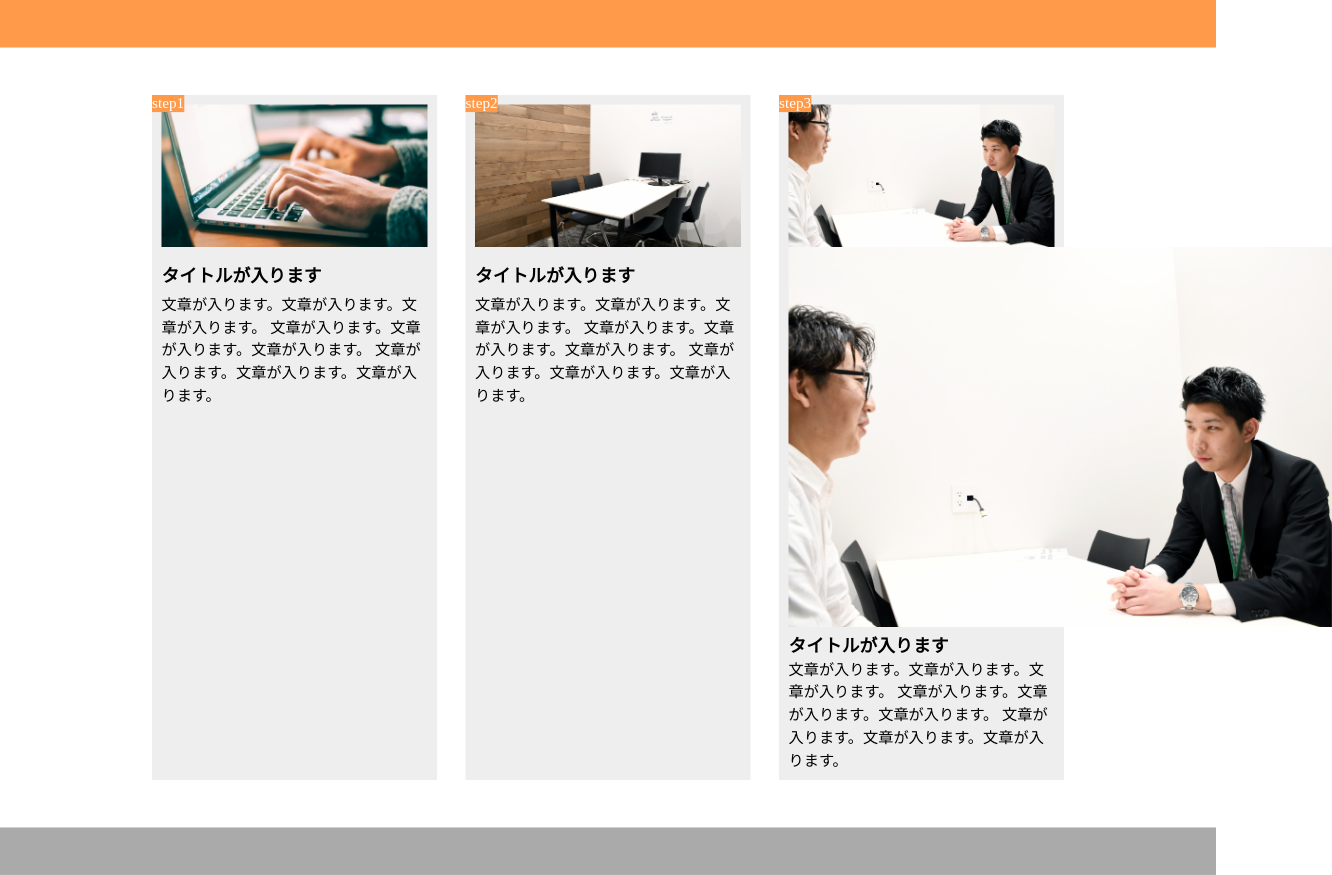
Repository: eyaonu/application2
Page: chapter9/answer9.html
The author's editor kept a record of every edit. The page is drawn from the files as they stood at one moment, then again after the next edit.
The browser window is 1280 px wide. The page is 1402 px wide, then 1280 px, so the pictures cover 1402 px, including what lies to the right of the window. The pictures show the whole page, at 95% of full size.

Above is the page before.

After the next edit:
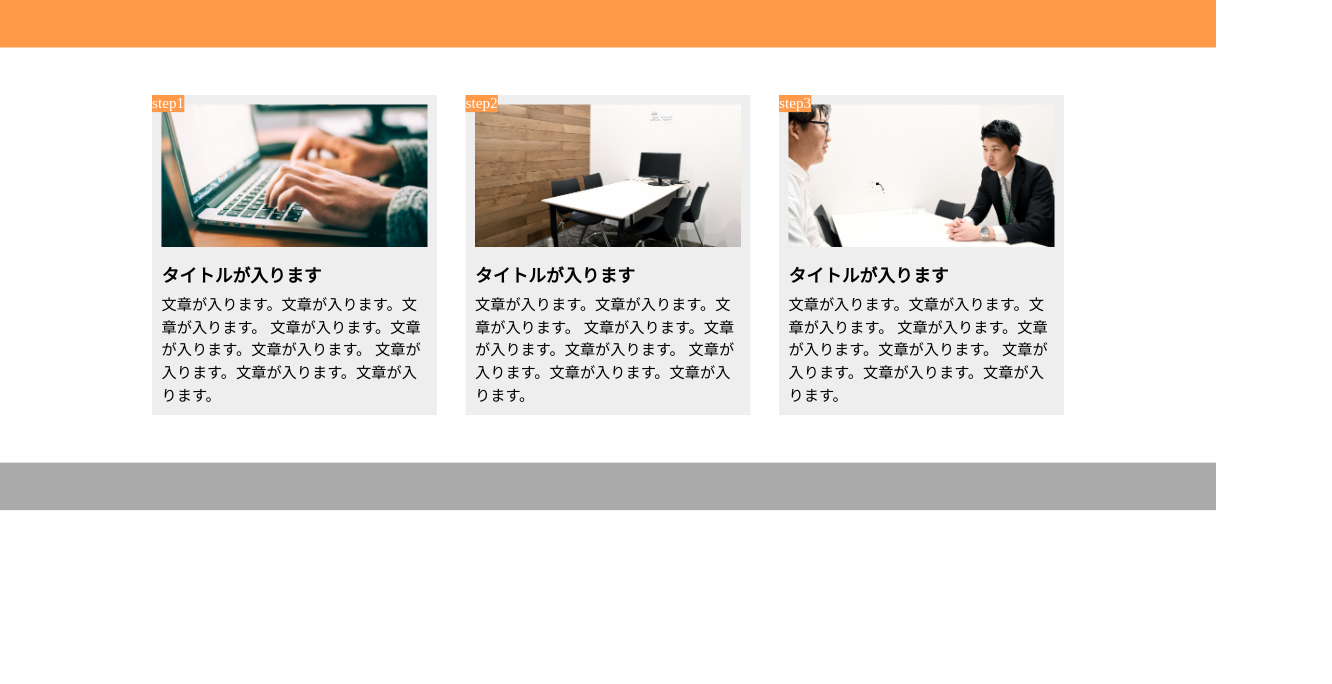
The edit:
--- a/chapter9/answer9.html
+++ b/chapter9/answer9.html
@@ -36,9 +36,8 @@
 
         <div class="step-box">
           <div class="step-img3"></div>
-          <img class="img" src="img/flow03.png" />
           <span class="step-num">step3</span>
-          <h3>タイトルが入ります</h3>
+          <h3 class="title">タイトルが入ります</h3>
           <p class="text">
             文章が入ります。文章が入ります。文章が入ります。
             文章が入ります。文章が入ります。文章が入ります。
